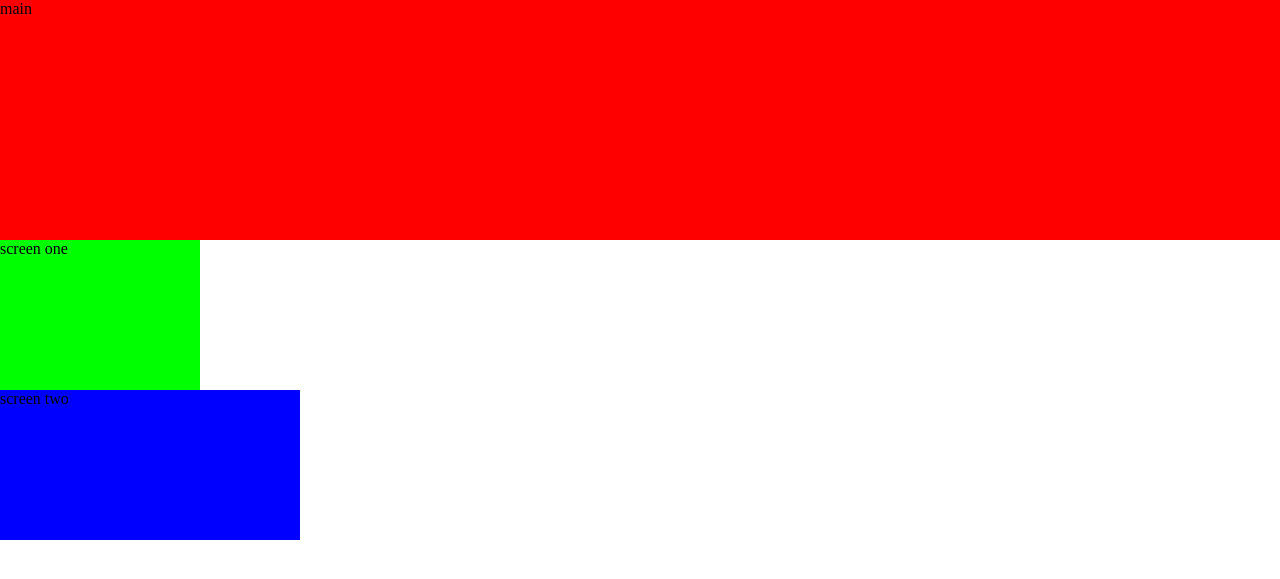
Repository: suhong99/htmlLecture
Page: cssSample3/src/main/webapp/index.html
The author's editor kept a copy of each file at every save. The page is drawn from the files as they stood at one save, then again after a run of saves.
The browser window is 1280 px wide. The pictures show the whole page.

Above is the page before, as saved 2023-06-22 04:13:10.

After the next 2 saves:
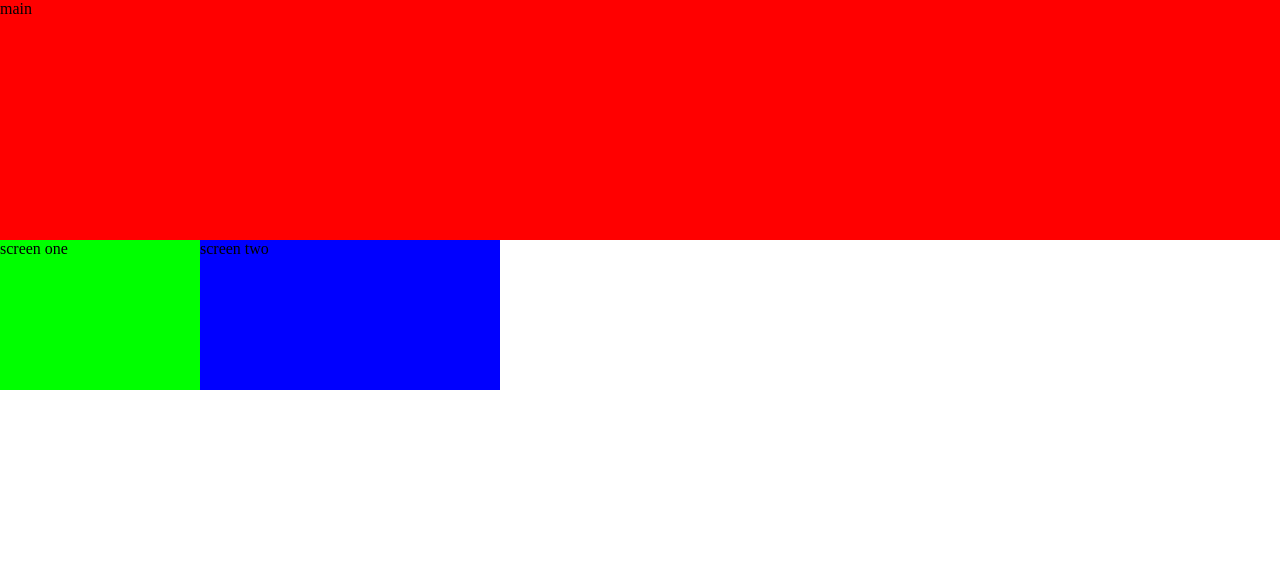
The 2 saves are shown as one change because they came seconds apart.
The last was saved 79 s later.
--- a/cssSample3/src/main/webapp/index.html
+++ b/cssSample3/src/main/webapp/index.html
@@ -16,11 +16,13 @@ body {
 	width: 200px;
 	height: 150px;
 	background-color: #00ff00;
+	float:left;
 }
 #two{
 	width:300px;
 	height:150px;
 	background-color: rgb(0,0,255);
+	float :left;
 }
 </style>
 </head>
